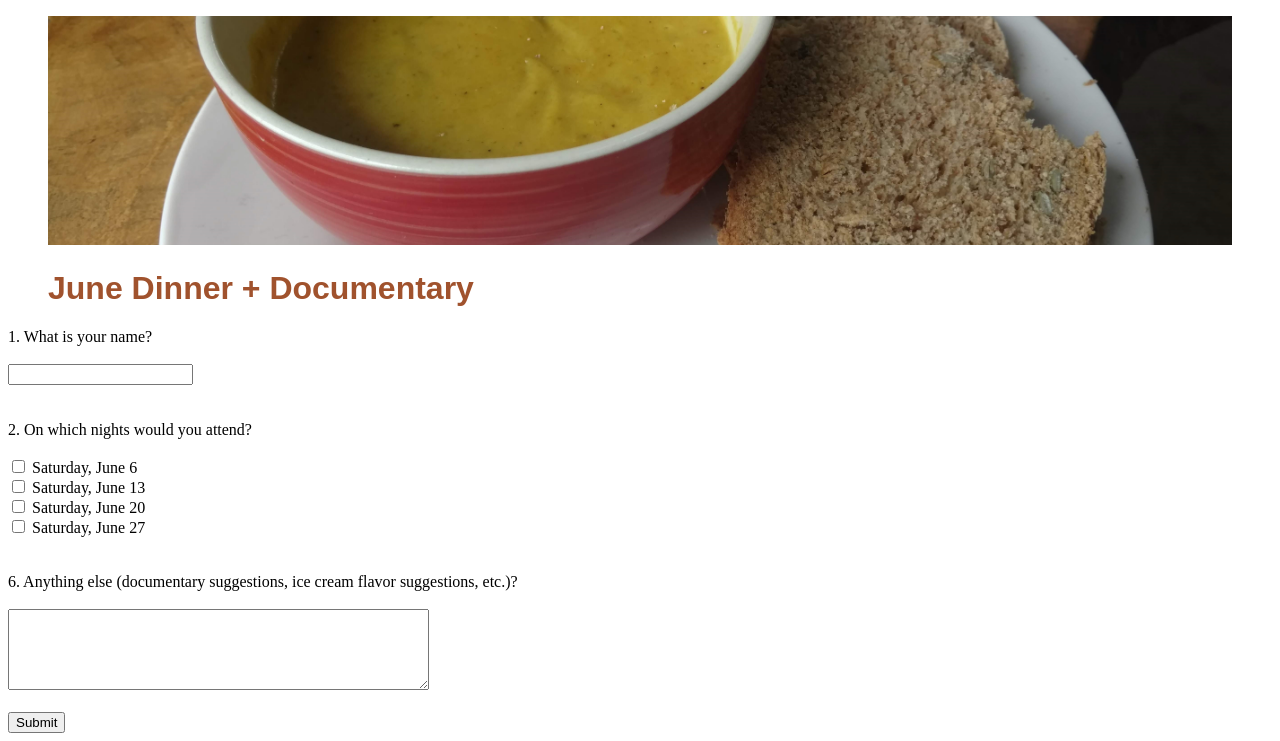
Repository: bhuhmann/event-survey
Page: survey.html
The author's editor kept a copy of each file at every save. The page is drawn from the files as they stood at one save, then again after the next save.
The browser window is 1280 px wide. The pictures show the whole page.

Above is the page before, as saved 2020-04-01 17:19:56.

After the next save:
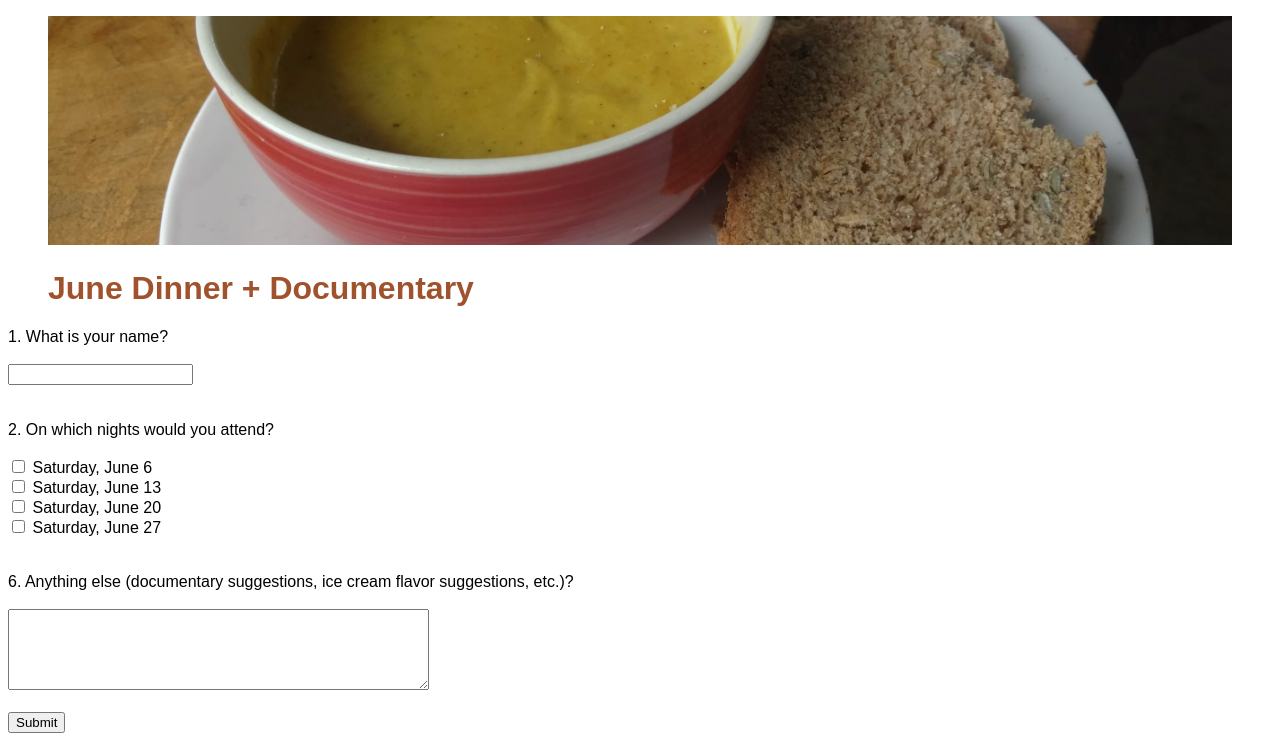
Saved 25 s later.
--- a/style.css
+++ b/style.css
@@ -10,7 +10,7 @@ h1 {
     height: 300px;
   }
 
-.body {
+body {
     font-family: Arial;
 }
 
